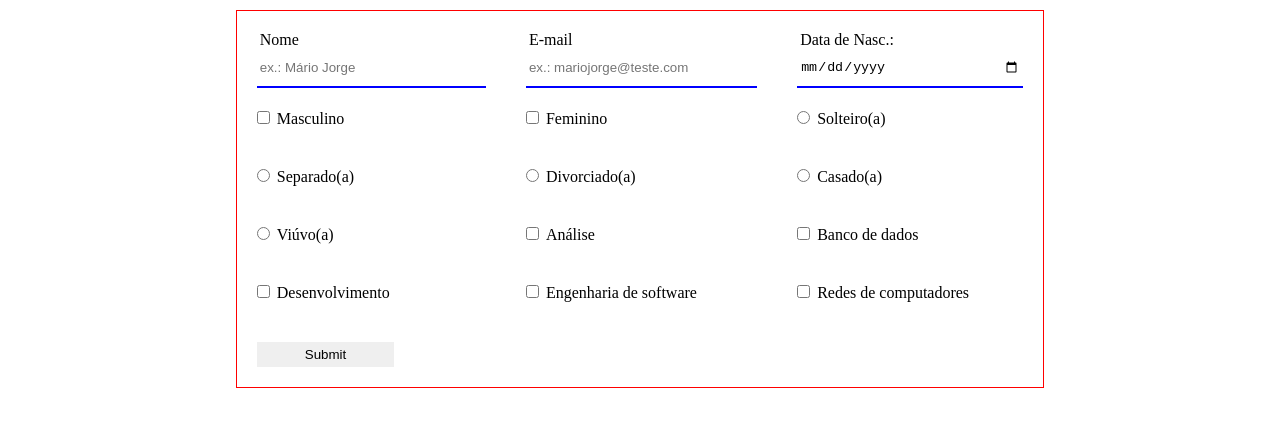
Repository: mjRibeiroTriscal/UVA_Projects
Page: Proj_A1_AVA2_2020_1/index.html
The author's editor kept a copy of each file at every save. The page is drawn from the files as they stood at one save, then again after the next save.
The browser window is 1280 px wide. The pictures show the whole page.

Above is the page before, as saved 2020-03-13 11:44:39.

After the next save:
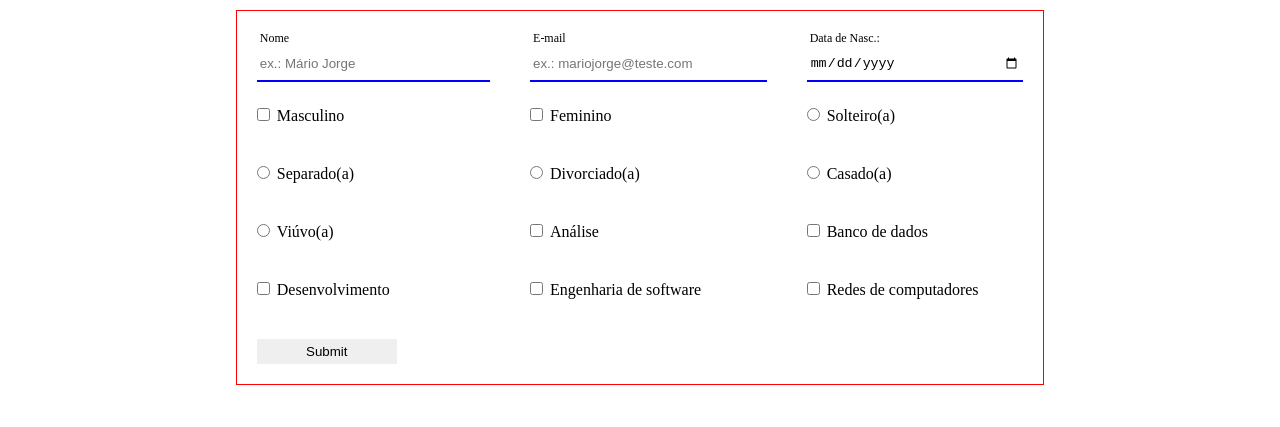
Saved 25 s later.
--- a/Proj_A1_AVA2_2020_1/style.css
+++ b/Proj_A1_AVA2_2020_1/style.css
@@ -25,6 +25,10 @@ section {
 
 section form.gridContainer {
     width: 80%;
+}
+
+label.labelFirst {
+    font-size: 12px;
 }
 
 label {
